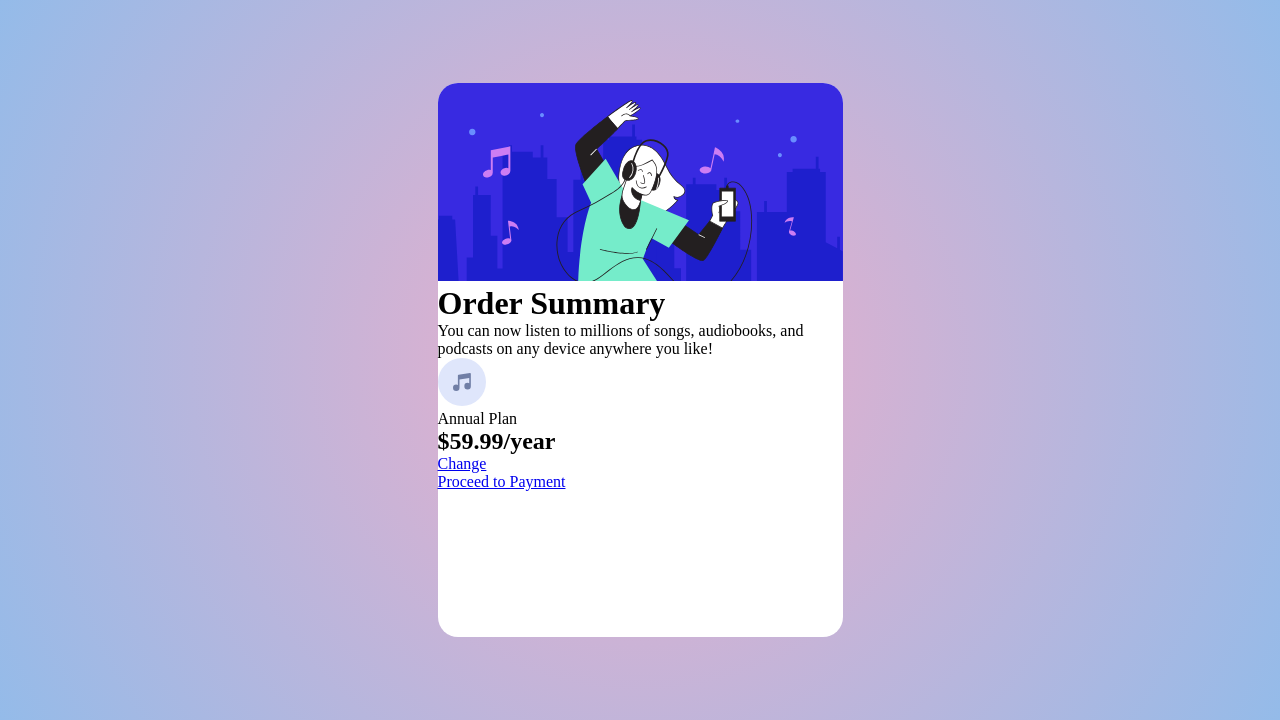
Repository: KamoliddinGIT/order-summary-card
Page: index.html
These files come from the project's save history. The page is drawn as it stood at one moment and after the next save; the edit follows.
The browser window is 1280 px wide. The pictures show the whole page.

Above is the page before, as saved 2023-09-13 10:47:16.

After the next save:
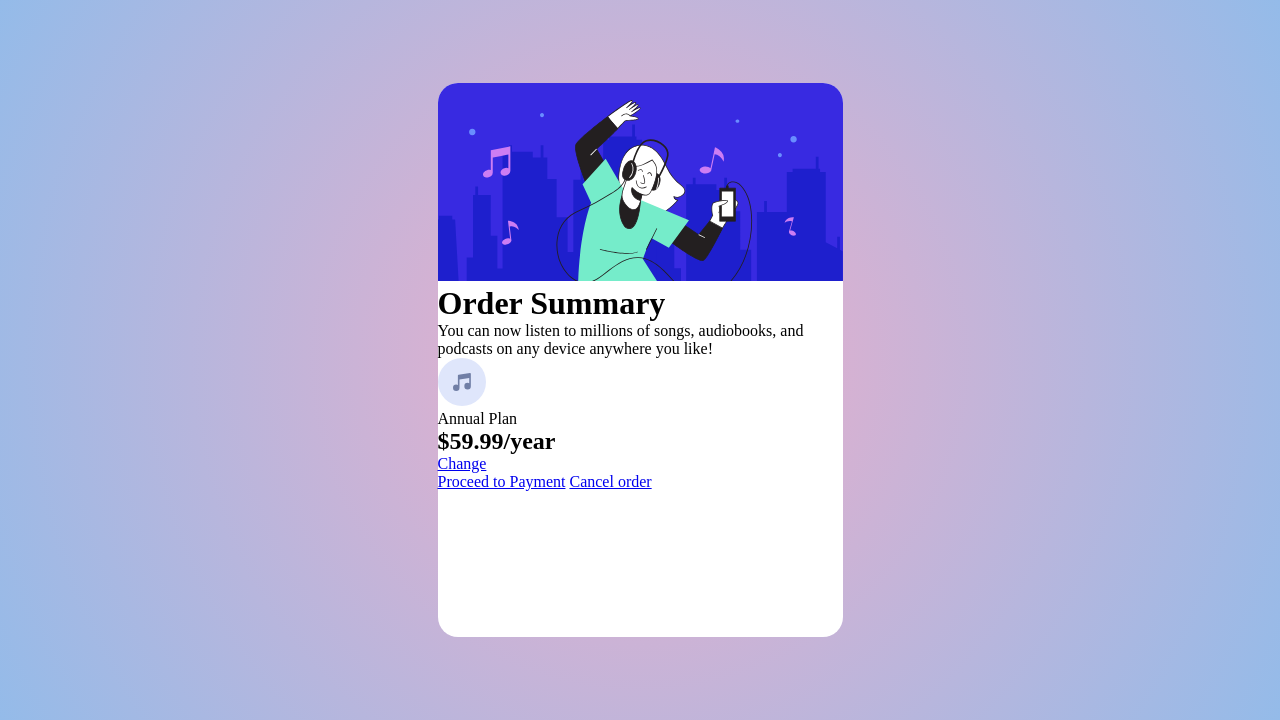
Saved 9 s later.
--- a/index.html
+++ b/index.html
@@ -34,6 +34,7 @@
           <a href="#">Change</a>
         </div>
         <a href="#">Proceed to Payment</a>
+        <a href="#">Cancel order</a>
       </div>
     </div>
   </body>
